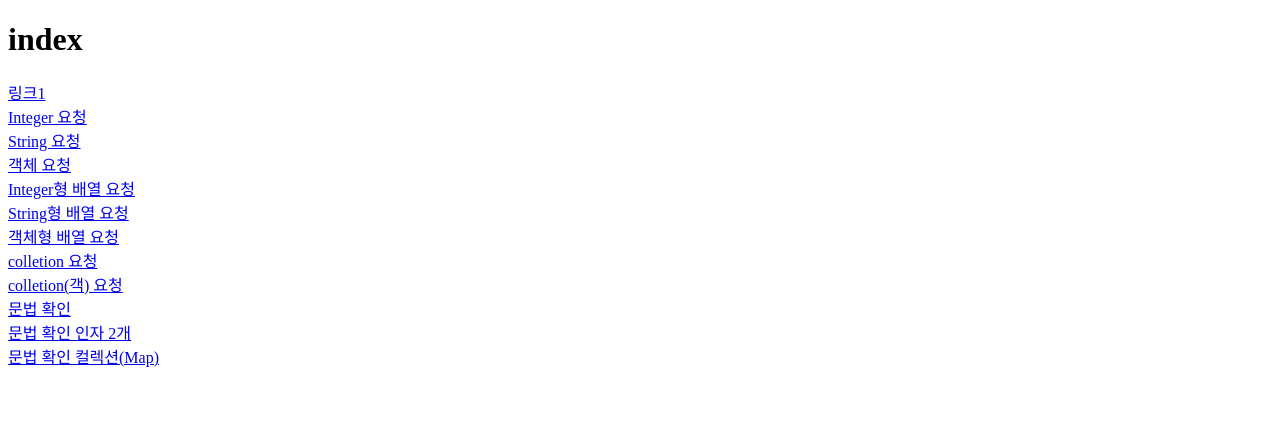
Repository: ekc1467/ClassMSA_EDU
Page: http://localhost/Service01/WEB-INF/views/index.jsp
The author's editor kept a copy of each file at every save. The page is drawn from the files as they stood at one save, then again after the next save.
The browser window is 1280 px wide. The pictures show the whole page.
The page is served by Tomcat 9. Nobody is signed in. The template is opened directly, without the code that normally fills it, so the values that code supplies are empty.

Above is the page before, as saved 2022-04-22 03:26:33.

After the next save:
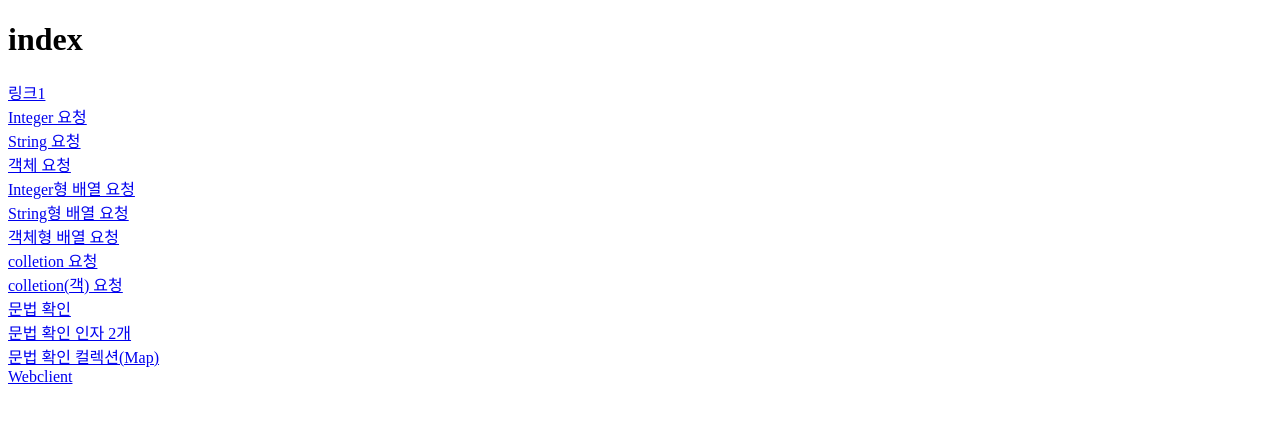
Saved 45 s later.
--- a/Service01/src/main/webapp/WEB-INF/views/index.jsp
+++ b/Service01/src/main/webapp/WEB-INF/views/index.jsp
@@ -20,7 +20,7 @@
 	<a href="t9/1000">문법 확인</a><br/>
 	<a href="t10/1000">문법 확인 인자 2개</a><br/>
 	<a href="t11/1000">문법 확인 컬렉션(Map)</a><br/>
-
+	<a href="t11/1000">Webclient</a><br/>
 
 <!-- 	<a href="app/1000">App 요청</a><br/>
 	<a href="cpp/1000">Cpp 요청</a><br/> -->
